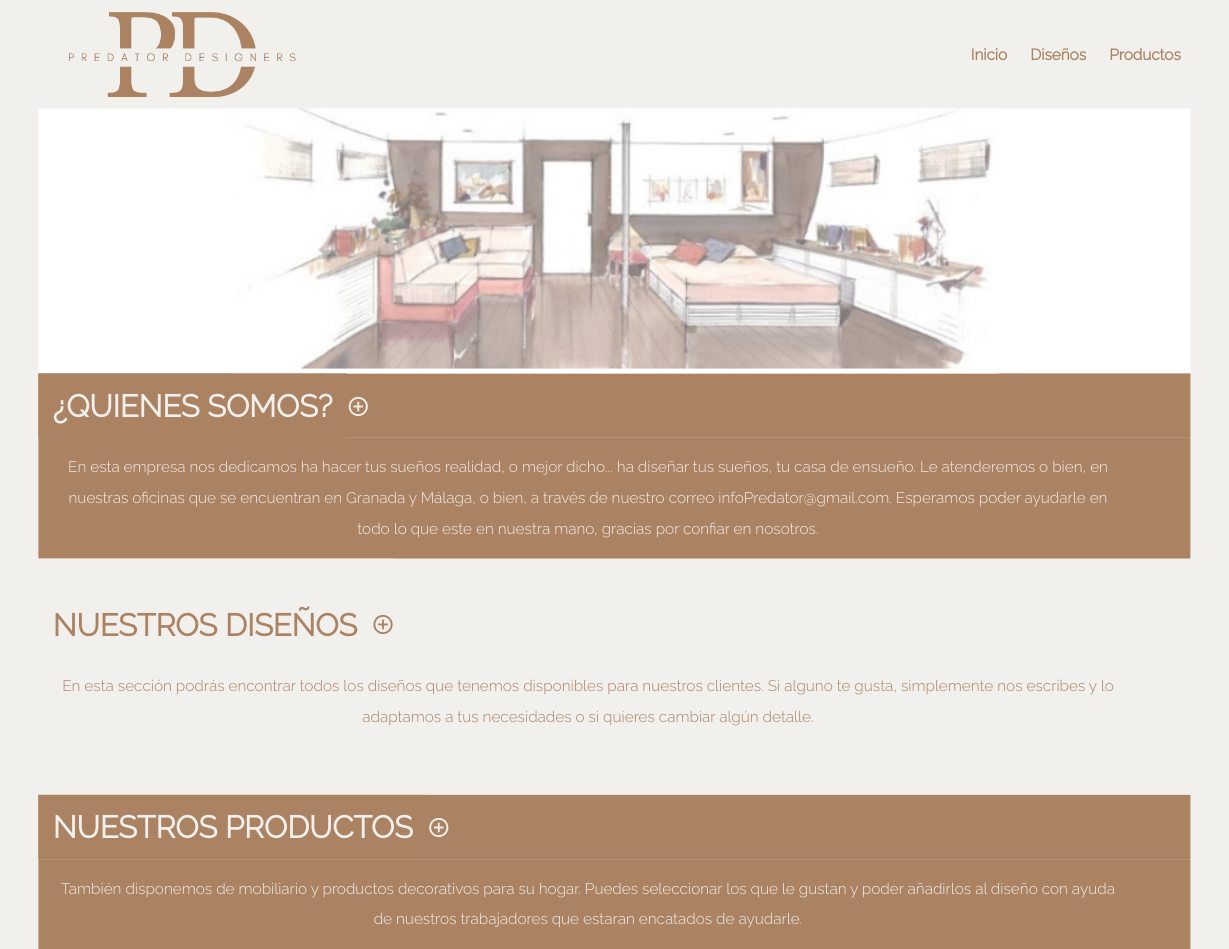
Repository: OmarDvd/proyectoDisenoInterior
Page: index.html
The author's editor kept a record of every edit. The page is drawn from the files as they stood at one moment, then again after the next edit.
The browser window is 1280 px wide. The pictures show the whole page, at 96% of full size.

Above is the page before.

After the next edit:
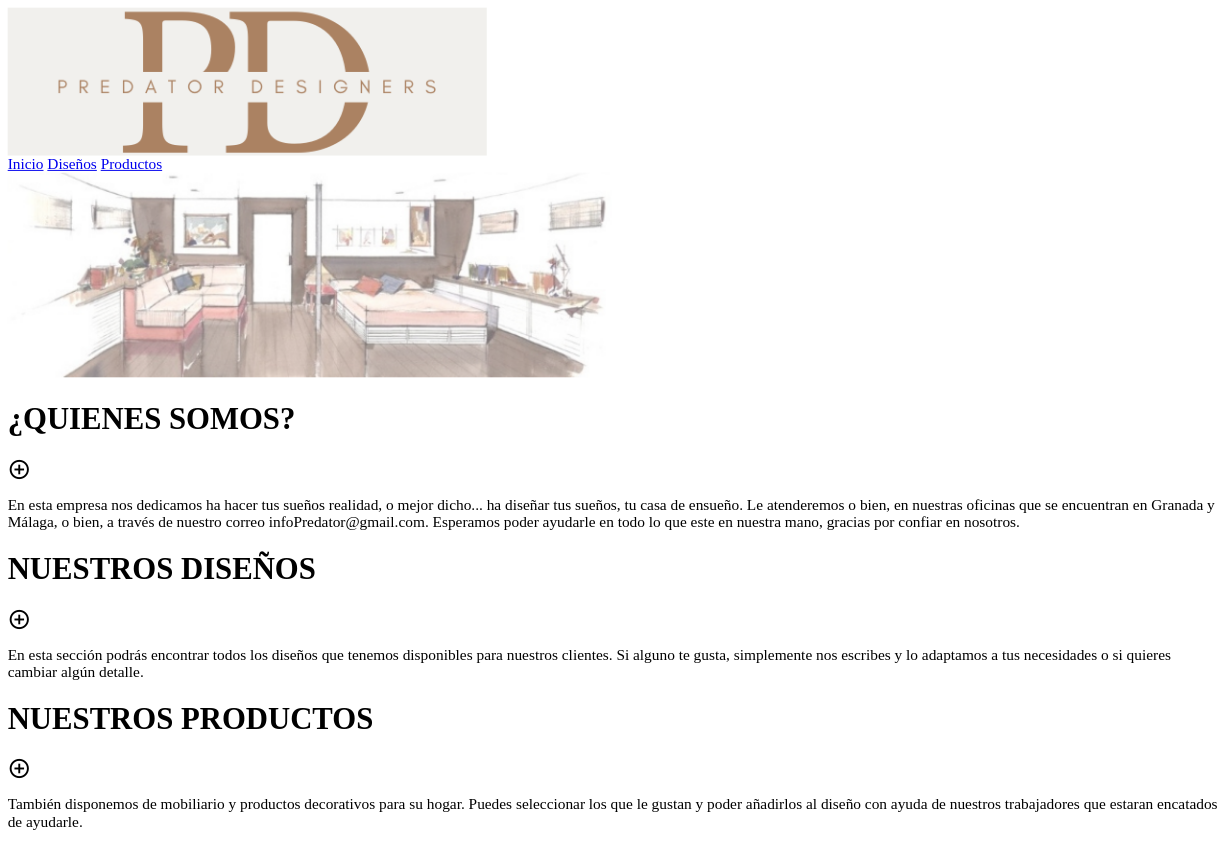
The edit:
--- a/index.html
+++ b/index.html
@@ -3,7 +3,7 @@
     <meta charset="UTF-8">
     <meta name="viewport" content="width=device-width, initial-scale=1.0">
     <title>Eponymous</title>
-    <link rel="stylesheet" href="css/estilos.css">
+
     <link href="https://fonts.googleapis.com/css2?family=Raleway:wght@300&display=swap" rel="stylesheet">
     <link rel="stylesheet" href="https://fonts.googleapis.com/css2?family=Material+Symbols+Outlined:opsz,wght,FILL,GRAD@20..48,100..700,0..1,-50..200" />
 

After the edit that followed:
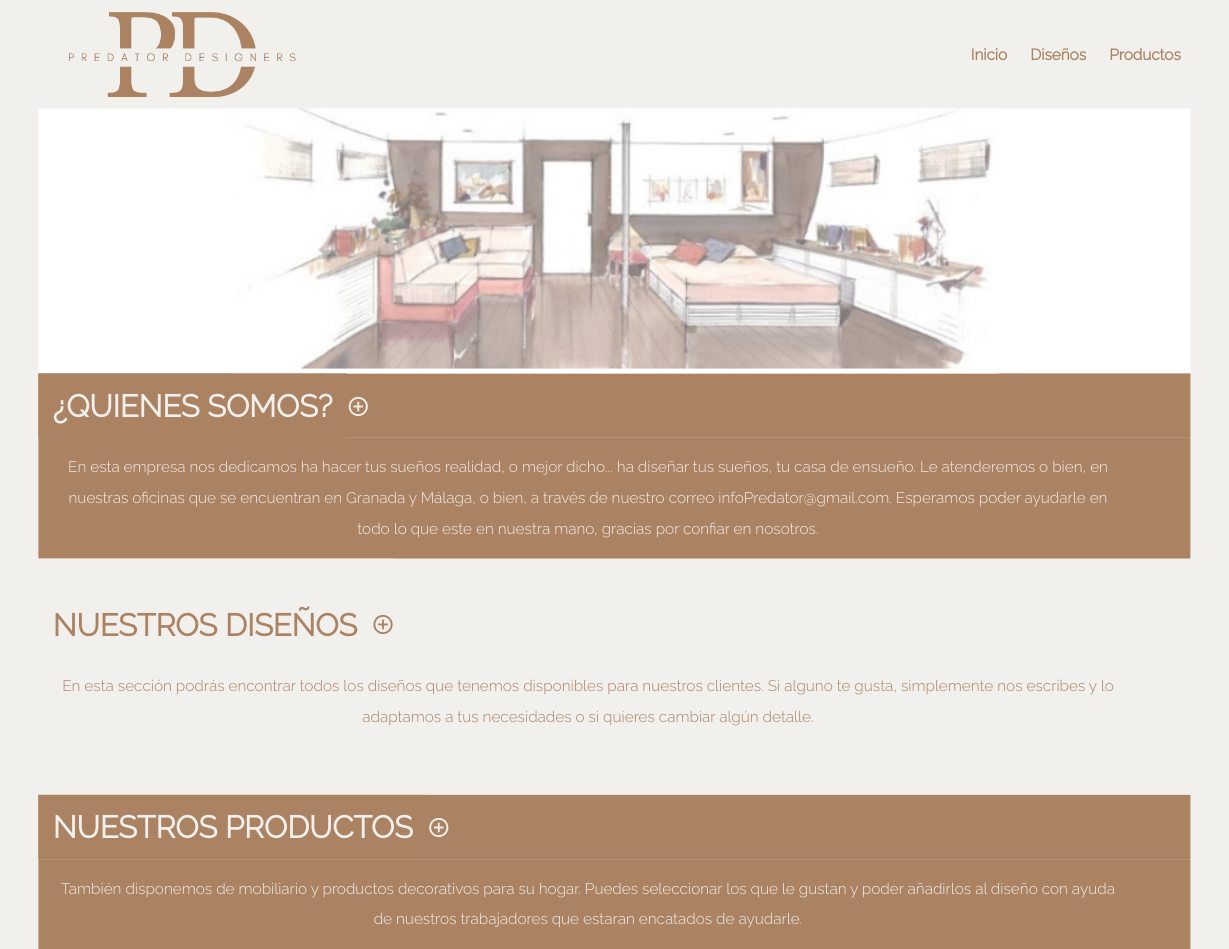
The edit:
--- a/index.html
+++ b/index.html
@@ -6,6 +6,7 @@
 
     <link href="https://fonts.googleapis.com/css2?family=Raleway:wght@300&display=swap" rel="stylesheet">
     <link rel="stylesheet" href="https://fonts.googleapis.com/css2?family=Material+Symbols+Outlined:opsz,wght,FILL,GRAD@20..48,100..700,0..1,-50..200" />
+    <link rel="stylesheet" href="css/estilos.css">
 
     </head>
 <body>
